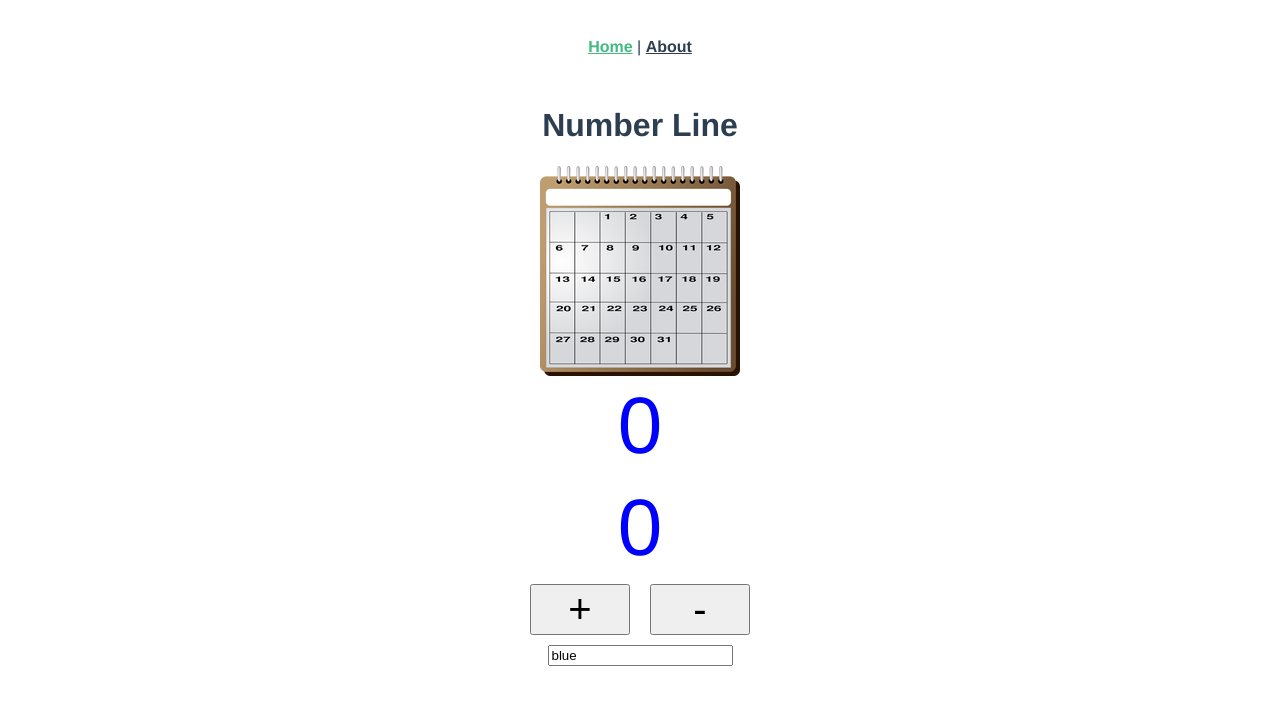
Repository: collegedude9300/numberline
Page: /
An editor plug-in stored every save of this project. The page is shown before and after the next save, followed by the edit.
The browser window is 1280 px wide. The pictures show the whole page.
The project was rebuilt for these pictures with package versions that can differ from the ones it lists, and the page was loaded fresh each time. Also part of the build but not shown: vue.config.js.

Above is the page before, as saved 2023-07-05 13:05:19.

### src/store/index.js
import { createStore } from 'vuex'
import axios from 'axios'
export default createStore({
  state: {
    counter: 0,
    colorCode:'blue'
  },
  mutations: {
    increaseCounter(state, randomNumber){
      state.counter += randomNumber
    },
    decreaseCounter(state, randomNumber){
      state.counter -= randomNumber
    },
    setColorCode(state, newValue){
      state.colorCode = newValue
    }
  },
  actions: {
    increaseCounter({commit}){
      console.log('increaseCounter(action)')
      axios('https://www.random.org/integers/?num=1&min=1&max=6&col=1&base=10&format=plain&rnd=new').then(response =>{
      commit('increaseCounter',response.data)
      })
    },
    decreaseCounter({commit}){
      console.log('decreaseCounter(action)')
      axios('https://www.random.org/integers/?num=1&min=1&max=6&col=1&base=10&format=plain&rnd=new').then(response =>{
      commit('decreaseCounter',response.data)
      })
    },
    setColorCode({commit}, newValue){
 commit('setColorCode',newValue)
    }
  },
  getters: {
    counterSquared(state){
      return state.counter * state.counter
  }},
  modules: {
  }
})

### src/views/HomeView.vue
<template>
  <div class="home">
    <h1>Number Line</h1>
    <img alt="Vue logo" src="../assets/schedule.png">
      <counter />
      <counter-squared />
     <div class="buttons">
      <button @click ="$store.dispatch('increaseCounter')">+</button>
      <button @click="$store.dispatch('decreaseCounter')">-</button>
      </div>
      <div>
          <input
              v-model="colorCode"
              placeholder="Enter color code"
              type ="text"
          >
        </div>
    </div>
</template>

<script>
export default {
  name: 'Home',
  computed:
  {
    colorCode:
    {
      get()
      {
        return this.$store.state.colorCode;
      },
      set(newValue)
      {
        this.$store.dispatch('setColorCode', newValue);
      }
    }
  },
  components:{
    'counter': require('@/components/Counter.vue').default,
    'counter-squared': require('@/components/Counter.vue').default
  }
}
</script>
<style>
div{
  margin-bottom: 10px;
}
.counter{
  font-size: 80px;
  text-align: center;
}
.buttons button{
font-size: 40px;
width: 100px;
margin: 0 10px;

}
</style>

### src/components/Counter.vue
<template>
<div
:style="{color: $store.state.colorCode}"
class="counter">
  {{ $store.state.counter }}
</div>
</template>
<script>
export default {

}
</script>
<style>


</style>

### src/components/CounterSquared.vue
<template>
<div class="counter-squared">
    {{ $store.state.counter }}
      <sup>2 </sup> =
    {{ $store.getters.counterSquared }}
  </div>
    </template>
    <script>
    export default {

    }
    </script>
    <style>


    </style>

Loaded but not shown: public/index.html (common file); src/main.js (common file); src/App.vue (common file); src/router/index.js (common file)

After the next save:
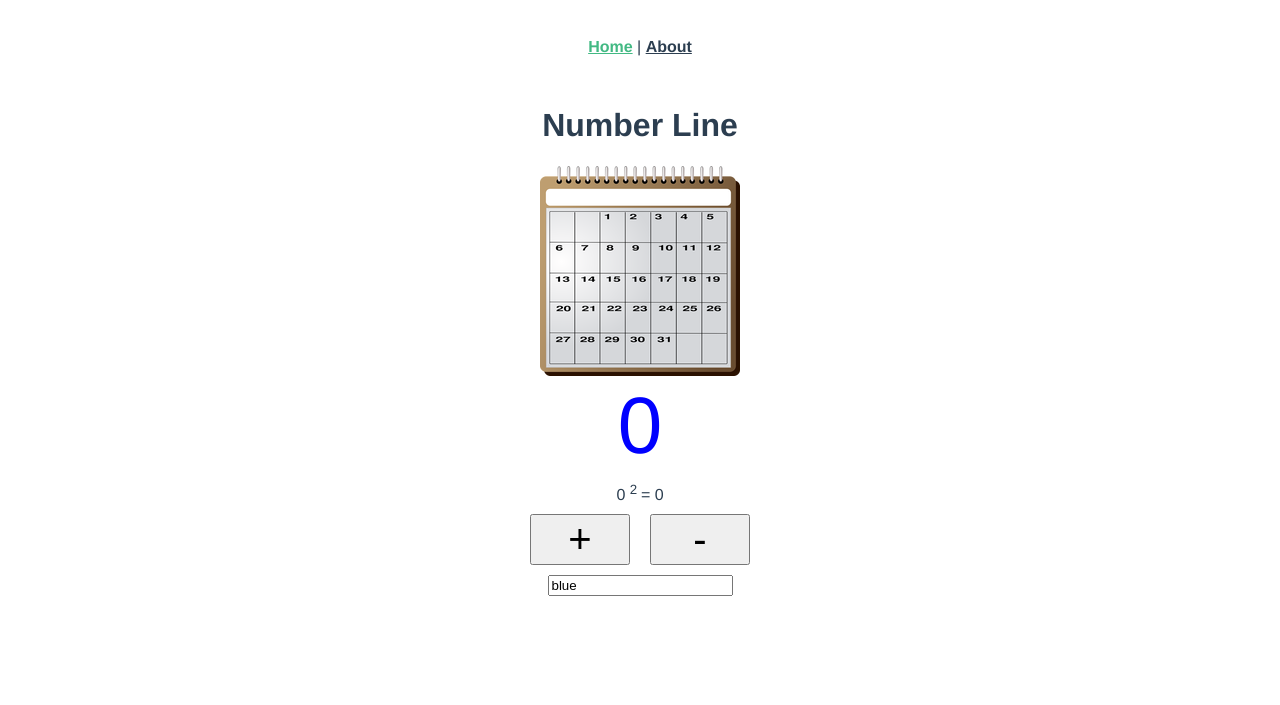
Saved 27 s later.
--- a/src/views/HomeView.vue
+++ b/src/views/HomeView.vue
@@ -37,7 +37,7 @@ export default {
   },
   components:{
     'counter': require('@/components/Counter.vue').default,
-    'counter-squared': require('@/components/Counter.vue').default
+    'counter-squared': require('@/components/CounterSquared.vue').default
   }
 }
 </script>
